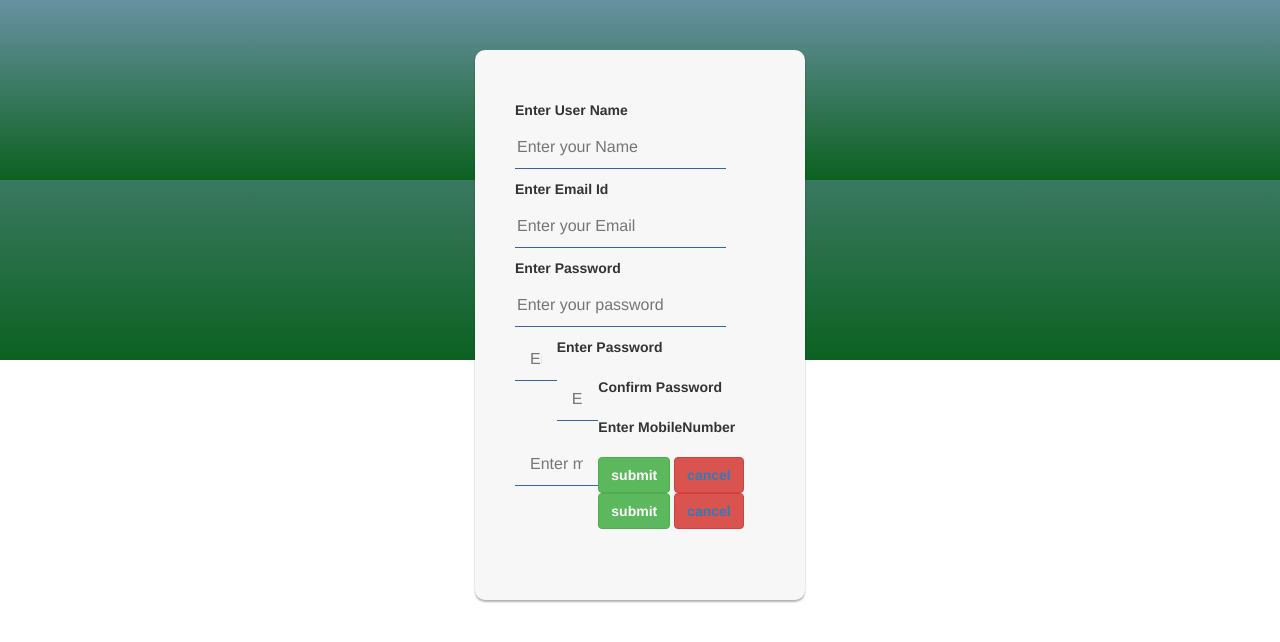
Repository: ashwinipatil321/ServletPrograms
Page: http://localhost/loginAndRegisterServlet/Register.jsp
The author's editor kept a copy of each file at every save. The page is drawn from the files as they stood at one save, then again after the next save.
The browser window is 1280 px wide. The pictures show the whole page.
Some web libraries are served in a nearby version. The page is served by Tomcat 9. Nobody is signed in. The application's start-up code is not run.

Above is the page before, as saved 2017-11-07 11:00:47.

After the next save:
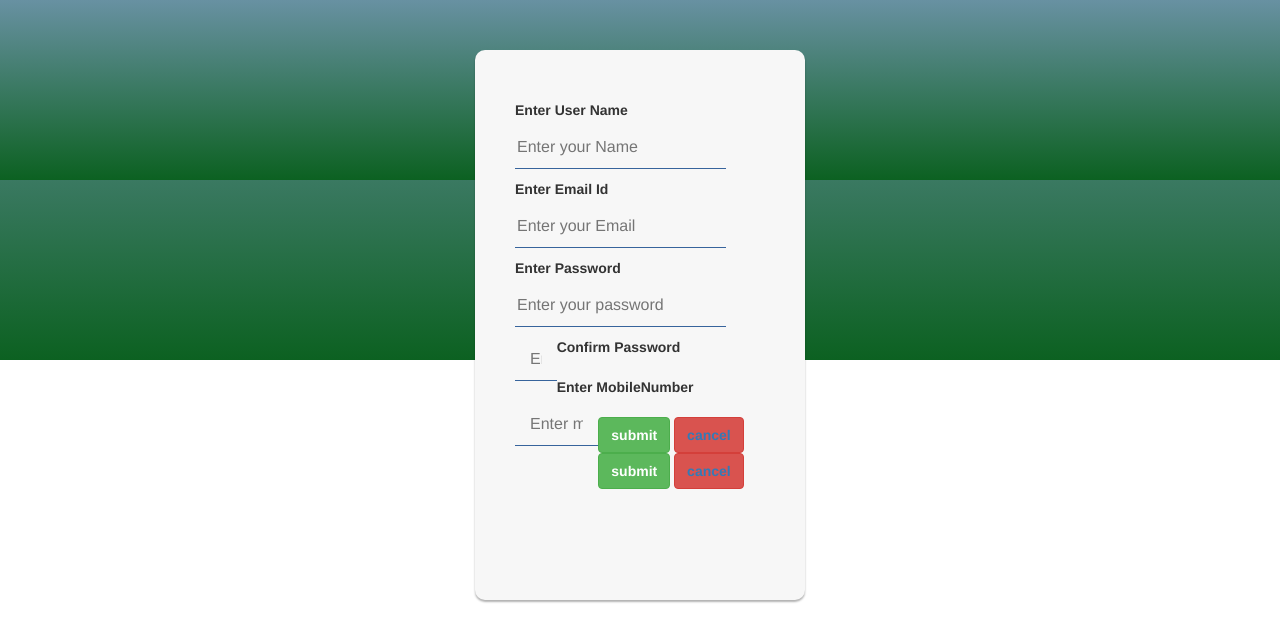
Saved 11 s later.
--- a/loginAndRegisterServlet/WebContent/Register.jsp
+++ b/loginAndRegisterServlet/WebContent/Register.jsp
@@ -111,11 +111,7 @@
 								<input type="password" id ="password" name="password" placeholder="Enter your password" required >
 						</div>
 						</div>
-						<div class="form-group">
-							<label for="pwd">Enter Password</label> <input type="password"
-								class="col-sm-2 control-label" id="password"
-								placeholder="Enter password" name="password">
-						</div>
+
 
 						<div class="form-group">
 							<label for="pwd">Confirm Password</label> <input type="password"
